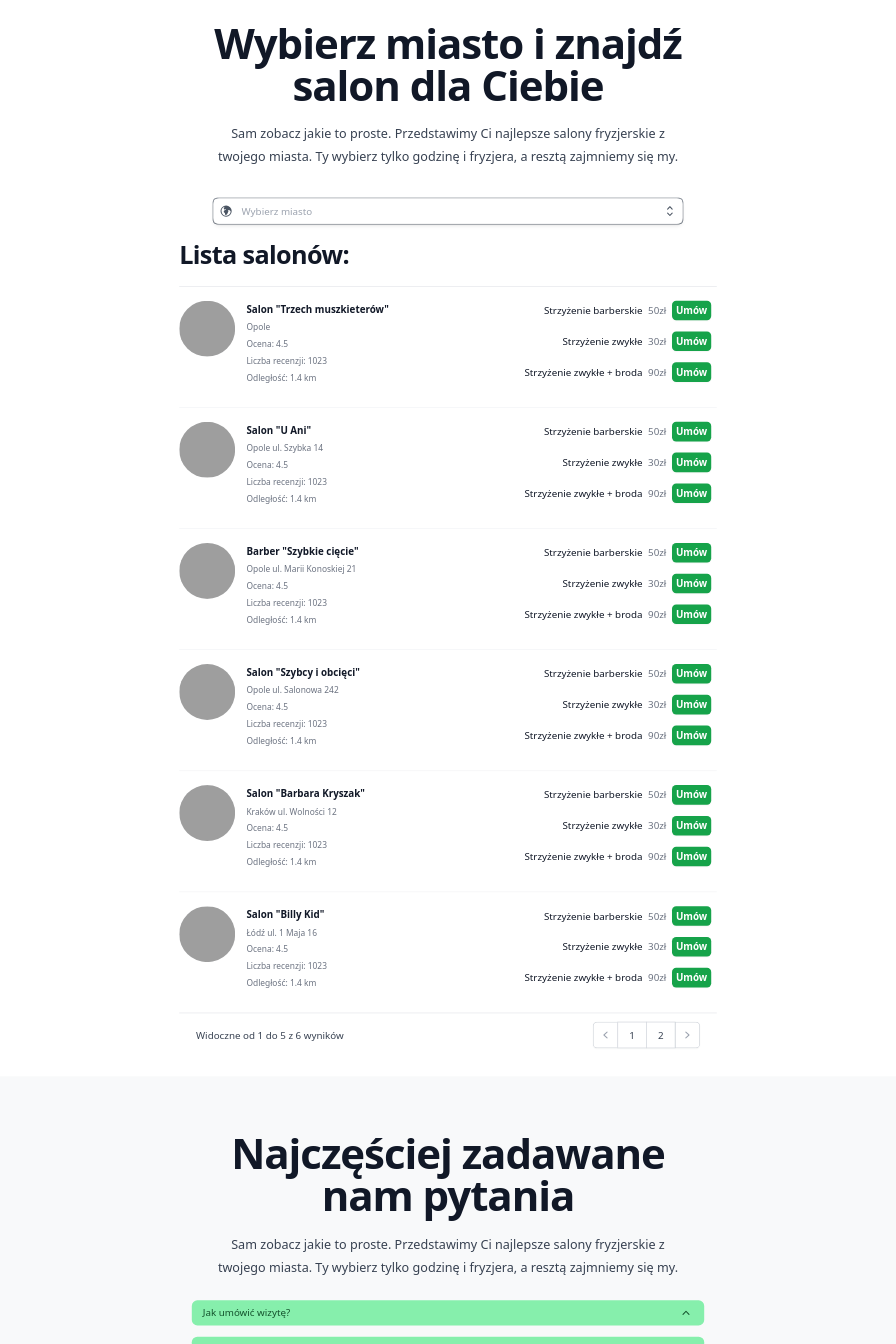
Repository: PrzemyslawJura/my-app
Page: / (app in frontend/)
These files come from the project's save history. The page is drawn as it stood at one moment and after the next save; the edit follows.
The browser window is 1280 px wide. The pictures show the part of the page from y = 911 to 2831 px (the page is 3798 px tall), at 70% of full size.
Pictures or frames that could not be fetched are drawn as grey boxes. The page's requests for data from a server got no answer. The project was rebuilt for these pictures with package versions that can differ from the ones it lists, and the page was loaded fresh each time. No one was signed in, and anything a server would have sent is missing. Also part of the build but not shown: frontend/src/home/Listbox.jsx, frontend/src/home/StepOne.jsx, frontend/src/home/StepTwo.jsx, frontend/src/components/Calendar.jsx, frontend/src/components/Tabs.jsx, frontend/src/biznes/CalendarOfWork.jsx, frontend/src/components/CarouselDefault.jsx, frontend/src/biznes/Salon.jsx and 8 more.

Above is the page before, as saved 2023-11-16 13:51:28.

### frontend/src/index.css
@tailwind base;
html {
  scroll-behavior: smooth;
}

@tailwind components;
@tailwind utilities;

### frontend/src/core/App.jsx
import BrowserRoutes from "./BrowserRoutes"
import FooterWithLogo from "./Footer"
import NavbarBiznes from "./NavbarBiznes";

export default function App() {
  return (
    <>
      <NavbarBiznes/>
      <BrowserRoutes/>
      <FooterWithLogo/>
    </>
  )
}

### frontend/src/core/BrowserRoutes.jsx
import Home from "../home/Home"
import CalendarOfWork from "../biznes/CalendarOfWork"
import SalonPage from "../biznes/SalonPage"
import Workers from "../biznes/Workers"
import Services from "../biznes/Services"
import { Route, Routes } from "react-router-dom"

export default function BrowserRoutes() {
  return (
      <Routes>
        <Route path="/" element={<Home/>}/>
        <Route path="/stronasalonu" element={<SalonPage/>}/>
        <Route path="/pracownicy" element={<Workers/>}/>
        <Route path="/kalendarz" element={<CalendarOfWork/>}/>
        <Route path="/oferta" element={<Services/>}/>
      </Routes>
  )
}

### frontend/src/core/Footer.jsx
import { Typography } from "@material-tailwind/react";

export default function FooterWithLogo() {
  return (
    <footer id="footer" className="w-full p-8 bg-slate-100">
      <div className="flex flex-row flex-wrap items-center justify-center gap-y-6 gap-x-12 text-center md:justify-between">
      <img
        className="h-8 w-auto"
        src="https://tailwindui.com/img/logos/mark.svg?color=green&shade=600"
        alt=""
      />
        <ul className="flex flex-wrap items-center gap-y-2 gap-x-8">
          <li>
            <Typography
              as="a"
              href="#"
              color="blue-gray"
              className="font-normal transition-colors hover:text-blue-500 focus:text-blue-500"
            >
              About Us
            </Typography>
          </li>
          <li>
            <Typography
              as="a"
              href="#"
              color="blue-gray"
              className="font-normal transition-colors hover:text-blue-500 focus:text-blue-500"
            >
              License
            </Typography>
          </li>
          <li>
            <Typography
              as="a"
              href="#"
              color="blue-gray"
              className="font-normal transition-colors hover:text-blue-500 focus:text-blue-500"
            >
              Contribute
            </Typography>
          </li>
          <li>
            <Typography
              as="a"
              href="#"
              color="blue-gray"
              className="font-normal transition-colors hover:text-blue-500 focus:text-blue-500"
            >
              Contact Us
            </Typography>
          </li>
        </ul>
      </div>
      <hr className="my-8 border-blue-gray-50" />
      <Typography color="blue-gray" className="text-center font-normal">
        &copy; 2023 Material Tailwind
      </Typography>
    </footer>
  );
}

### frontend/src/home/Home.jsx
import Location from '../components/Location'
import Feature from './Feature'
import ListOfSalons from './ListOfSalons'
import Faq from './Faq'
import Stats from './Stats'
import MainButton from '../shared_np_buttony_inputy_kalendarze_itp/MainButton'
import TitleAndParagraph from '../shared_np_buttony_inputy_kalendarze_itp/TitleAndParagraph'
import { useState } from 'react'

const mainTitle = 'Łączymy salony fryzjerskie z całej polski';
const mainParagraph = 'Sam zobacz jakie to proste. Przedstawimy Ci najlepsze salony fryzjerskie z twojego miasta. Ty wybierz tylko godzinę i fryzjera, a resztą zajmniemy się my.';
const searchTitle = 'Wybierz miasto i znajdź salon dla Ciebie';
const searchParagraph = 'Sam zobacz jakie to proste. Przedstawimy Ci najlepsze salony fryzjerskie z twojego miasta. Ty wybierz tylko godzinę i fryzjera, a resztą zajmniemy się my.';


export default function Home() {
  const [search, setSearch] = useState("");
  return (
    <>
      <div className='min-h-screen bg-bgGray'>
        <div className="relative isolate bg-main-image bg-cover">
          <div className="mx-auto max-w-2xl pt-20 lg:pt-32 pb-12 text-center">
            <TitleAndParagraph title = {mainTitle} paragraph={mainParagraph} h1Color="text-white" pColor="text-slate-50"/>
            <div className="mt-10 flex items-center justify-center gap-x-6">
              <Location setSearch={setSearch} search={search}></Location>
              <a href="#salons">
                <MainButton text="Szukaj"/>
              </a>
            </div>
          </div>
        </div>
        <Feature></Feature>
      </div>

      <div id="salons" className="mx-auto max-w-2xl pt-10 lg:pt-12 pb-4 text-center">
        <TitleAndParagraph title = {searchTitle} paragraph={searchParagraph} h1Color="text-gray-900" pColor="text-gray-700"/>
        <div className="mt-10 flex items-center justify-center gap-x-6">
          <Location setSearch={setSearch}  search={search}></Location>
          {/*<MainButton text="Szukaj"/>*/}
        </div>
      </div>

      <div className='w:4/5 lg:w-3/5 m-auto'>
        <ListOfSalons search={search}/>
      </div>

      <Faq></Faq>
      <Stats></Stats>
    </>
  )
}

### frontend/src/components/Location.jsx
import { Fragment, useEffect, useState } from 'react'
import { Combobox, Transition } from '@headlessui/react'
import { CheckIcon, ChevronUpDownIcon, GlobeEuropeAfricaIcon } from '@heroicons/react/20/solid'

export default function Location({setSearch, search}) {
  const [selected, setSelected] = useState("")
  const [query, setQuery] = useState('')
  const [locationData, setLocationData] = useState([]);

  useEffect(() => {
    fetch('https://localhost:7230/api/City')
      .then((res) => res.json())
      .then((result) => {
        setLocationData(result);
      });
  }, [])

  const filteredPeople =
    query === ''
      ? locationData
      : locationData.filter((location) =>
            location.cityName
            .toLowerCase()
            .replace(/\s+/g, '')
            .includes(query.toLowerCase().replace(/\s+/g, ''))
        )

  return (
      <Combobox value={search} onChange={setSearch}>
        <div className="relative mt-1 w-full  border-gray-600 border rounded-md">
          <div className="relative w-full cursor-default overflow-hidden rounded-lg bg-white text-left shadow-md focus:outline-none focus-visible:ring-2 focus-visible:ring-white focus-visible:ring-opacity-75 focus-visible:ring-offset-2 focus-visible:ring-offset-teal-300 sm:text-sm">
          <Combobox.Button className="absolute inset-y-0 left-2 flex items-center pr-2">
              <GlobeEuropeAfricaIcon
                className="h-5 w-5 text-gray-600"
                aria-hidden="true"
              />
            </Combobox.Button>
            <Combobox.Input
              className="w-full border-none py-2 pl-10 pr-10 text-sm leading-5 text-gray-900 focus:ring-0"
              placeholder="Wybierz miasto"
              displayValue={(location) => location.cityName}
              onChange={(event) => setQuery(event.target.value)}
            />
            <Combobox.Button className="absolute inset-y-0 right-0 flex items-center pr-2">
              <ChevronUpDownIcon
                className="h-5 w-5 text-gray-600"
                aria-hidden="true"
              />
            </Combobox.Button>
          </div>
          <Transition
            as={Fragment}
            leave="transition ease-in duration-100"
            leaveFrom="opacity-100"
            leaveTo="opacity-0"
            afterLeave={() => setQuery('')}
          >
            <Combobox.Options className="absolute mt-1 max-h-40 w-full overflow-auto rounded-md bg-white py-1 text-base shadow-lg ring-1 ring-black ring-opacity-5 focus:outline-none sm:text-sm">
              {filteredPeople.length === 0 && query !== '' ? (
                <div className="relative cursor-default select-none py-2 px-4 text-gray-700">
                  Nie znaleziono takiej lokalizacji
                </div>
              ) : (
                filteredPeople.map((location) => (
                  <Combobox.Option
                    key={location.id}
                    className={({ active }) =>
                      `relative cursor-default select-none py-2 pl-10 pr-4 ${
                        active ? 'bg-teal-600 text-white' : 'text-gray-900'
                      }`
                    }
                    value={location}
                  >
                    {({ selected, active }) => (
                      <>
                        <span
                          className={`block truncate ${
                            selected ? 'font-medium' : 'font-normal'
                          }`}
                        >
                          {location.cityName}
                        </span>
                        {selected ? (
                          <span
                            className={`absolute inset-y-0 left-0 flex items-center pl-3 ${
                              active ? 'text-white' : 'text-teal-600'
                            }`}
                          >
                            <CheckIcon className="h-5 w-5" aria-hidden="true" />
                          </span>
                        ) : null}
                      </>
                    )}
                  </Combobox.Option>
                ))
              )}
            </Combobox.Options>
          </Transition>
        </div>
      </Combobox>
  )
}

### frontend/src/home/Feature.jsx
import stepone from '../assets/stepone.jpg'
import steptwo from '../assets/steptwo.jpg'
import stepthree from '../assets/stepthree.jpg'

const features = [


  {
    name: 'Rejestracja',
    description:
      'Rejestracja będzie zajmowała chwilę i robisz to tylko raz',
    icon: stepone,
  },
  {
    name: 'Rezerwacja',
    description:
      'Wybierasz salon, datę i godzinę',
    icon: steptwo,
  },
  {
    name: 'Wizyta',
    description:
      'Przychodzisz na podaną godzinę',
    icon: stepthree,
  },
]

export default function Feature() {
  return (
    <div className="py-8 lg:py-16">
      <div className="mx-auto max-w-7xl px-6 lg:px-8">
        <div className="mx-auto max-w-xl lg:text-center">
          <h2 className="text-base font-semibold leading-7 text-green-600">Szybciej, łatwiej i bliżej</h2>
          <p className="mt-2 text-3xl font-bold tracking-tight text-gray-900 sm:text-4xl">
            Sprawdź sam, jakie to proste
          </p>
        </div>
        <div className="mx-auto mt-10 max-w-2xl lg:max-w-4xl">
          <dl className="grid max-w-2xl grid-cols-1 gap-x-8 gap-y-10 lg:max-w-none lg:grid-cols-3 lg:gap-y-16">
            {features.map((feature) => (
              <div key={feature.name} className="relative pl-16">
                <dt className="text-base font-semibold leading-7 text-gray-900">
                  <div className="absolute left-0 top-0 flex h-10 w-10 items-center justify-center  ">
                      <img className='rounded-lg h-10 w-10' src={feature.icon}></img>
                  </div>
                  {feature.name}
                </dt>
                <dd className="mt-2 text-base leading-7 text-gray-600">{feature.description}</dd>
              </div>
            ))}
          </dl>
        </div>
      </div>
    </div>
  )
}

### frontend/src/home/Faq.jsx
import { Disclosure } from '@headlessui/react'
import { ChevronUpIcon } from '@heroicons/react/20/solid'

const questions = [
    {
        question: "Jak umówić wizytę?",
        answer: "To takie proste",
    },
    {
        question: "Dlaczego wybranie nas to dobra decyzja?",
        answer: "To takie prost",
    },
    {
        question: "Jak można dodać tutaj swój salon?",
        answer: "To takie prost",
    },
    {
        question: "Czy można odwołać wizytę?",
        answer: "To takie prost",
    },
    {
        question: "Czy trzeba zakładać konto?",
        answer: "To takie prost",
    },
    {
        question: "Czy trzeba coś dodatkowo płacić za korzystanie z aplkacji?",
        answer: "To takie prost",
    },
]

export default function Faq() {
  return (
    <div className="w-full px-4 pt-6 pb-12 bg-bgGray">
      <div className="mx-auto w-3/5 rounded-2xl p-2">

      <div className="mx-auto max-w-2xl pt-10 lg:pt-12 pb-4">
          <div className="text-center">
            <h1 className="text-4xl font-bold tracking-tight text-gray-900 sm:text-6xl">
              Najczęściej zadawane nam pytania
            </h1>
            <p className="mt-6 text-lg leading-8 text-gray-700">
              Sam zobacz jakie to proste. Przedstawimy Ci najlepsze salony fryzjerskie z twojego miasta.
              Ty wybierz tylko godzinę i fryzjera, a resztą zajmniemy się my.
            </p>
            </div>
        </div>


        {questions.map((q) =>(
            <Disclosure>
            {({ open }) => (
                <>
                <Disclosure.Button className="my-4 flex w-full justify-between rounded-lg bg-green-300 px-4 py-2 text-left text-sm font-medium text-green-900 hover:bg-green-400 focus:outline-none focus-visible:ring focus-visible:ring-green-500 focus-visible:ring-opacity-75">
                    <span>{q.question}</span>
                    <ChevronUpIcon
                    className={`${
                        open ? 'rotate-180 transform' : ''
                    } h-5 w-5 text-grren-500`}
                    />
                </Disclosure.Button>
                <Disclosure.Panel className="px-4 pt-4 pb-2 text-sm text-gray-600">
                    {q.answer}
                </Disclosure.Panel>
                </>
            )}
            </Disclosure>
        ))}
      </div>
    </div>
  )
}

### frontend/src/home/Stats.jsx
const stats = [


    { id: 1, name: 'Liczba salonów w Polsce', value: '44 million' },
    { id: 2, name: 'Liczba umówionych wizyt', value: '119 trillion' },
    { id: 3, name: 'Nowych użytkowników', value: '46,000' },
  ]

  export default function Stats() {
    return (
      <div className="bg-white py-20">

        <div className="mx-auto max-w-2xl pb-4">
          <div className="text-center">
            <h1 className="text-4xl font-bold tracking-tight text-gray-900 sm:text-6xl">
              Możemy pochwalić się takimi statystykami
            </h1>
            <p className="mt-6 text-lg leading-8 text-gray-700">
              Sam zobacz jakie to proste. Przedstawimy Ci najlepsze salony fryzjerskie z twojego miasta.
              Ty wybierz tylko godzinę i fryzjera, a resztą zajmniemy się my.
            </p>
            </div>
        </div>

        <div className="mx-auto max-w-7xl px-6 lg:px-8">
          <dl className="grid grid-cols-1 gap-x-8 gap-y-16 text-center lg:grid-cols-3">
            {stats.map((stat) => (
              <div key={stat.id} className="mx-auto flex max-w-xs flex-col gap-y-4">
                <dt className="text-base leading-7 text-gray-600">{stat.name}</dt>
                <dd className="order-first text-3xl font-semibold tracking-tight text-gray-900 sm:text-5xl">
                  {stat.value}
                </dd>
              </div>
            ))}
          </dl>
        </div>
      </div>
    )
  }

### frontend/src/shared_np_buttony_inputy_kalendarze_itp/MainButton.jsx
export default function MainButton({text}) {
    return (
        <button
        type="submit"
        className="w-20 sm:w-32 flex-none rounded-md bg-green-600 px-3.5 py-2.5 text-sm font-semibold max-h-10 my-auto
                   text-white shadow-sm hover:bg-green-400 focus-visible:outline focus-visible:outline-2
                   focus-visible:outline-offset-2 focus-visible:outline-indigo-500"
        >
        {text}
        </button>
    )}

### frontend/src/shared_np_buttony_inputy_kalendarze_itp/TitleAndParagraph.jsx
export default function TitleAndParagraph({title, paragraph, h1Color, pColor}) {
    return (
        <>
            <h1 className={"text-4xl font-bold tracking-tight sm:text-6xl " + h1Color}>
                {title}
            </h1>
            <p className={"mt-6 text-lg leading-8 " + pColor}>
                {paragraph}
            </p>
        </>
    )}

### frontend/src/home/Pagination.jsx
import { ChevronLeftIcon, ChevronRightIcon } from '@heroicons/react/20/solid'
import PaginationTile from '../shared_np_buttony_inputy_kalendarze_itp/PaginationTile'
import { useState } from 'react'

export default function Pagination({result}) {
  const [ count, setCount ] =useState([])
  function paginationCount(result)
  {
    result=(result+5)/5
    for (let x = 1; x <= result; x++)
    {
      count.push(x)
      console.log(x)
    }
  }

  function paginationCountRemover(result)
  {
    result=(result+5)/5
    for (let x = 1; x <= result; x++)
    {
      count.pop(x)
    }
  }

  return (
    <div className="flex items-center justify-between border-t border-gray-200 bg-white px-4 pt-3 pb-10 sm:px-6">
      {paginationCount(result)}
      <div className="flex flex-1 justify-between sm:hidden">
        <PaginationTile title="Poprzednie" rounded="rounded-md"/>
        <PaginationTile title="Następny" rounded="rounded-md"/>
      </div>
      <div className="hidden sm:flex sm:flex-1 sm:items-center sm:justify-between">
        <div>
          <p className="text-sm text-gray-700">
            Widoczne od <span className="font-medium">1</span> do <span className="font-medium">5</span> z{' '}
            <span className="font-medium">{result}</span> wyników
          </p>
        </div>
        <nav className="isolate inline-flex -space-x-px rounded-md shadow-sm" aria-label="Pagination">
            <a
              href="#"
              className="relative inline-flex items-center rounded-l-md px-2 py-2 text-gray-400 ring-1 ring-inset ring-gray-300 hover:bg-gray-50 focus:z-20 focus:outline-offset-0"
            >
              <span className="sr-only">Poprzedni</span>
              <ChevronLeftIcon className="h-5 w-5" aria-hidden="true" />
            </a>
            {count.map((item) =>(
              <PaginationTile title={item} rounded=""/>
            ))}

            <a
              href="#"
              className="relative inline-flex items-center rounded-r-md px-2 py-2 text-gray-400 ring-1 ring-inset ring-gray-300 hover:bg-gray-50 focus:z-20 focus:outline-offset-0"
            >
              <span className="sr-only">Następna</span>
              <ChevronRightIcon className="h-5 w-5" aria-hidden="true" />
            </a>
          </nav>
      </div>
      {paginationCountRemover(result)}
    </div>
  )
}

### frontend/src/home/SalonOffer.jsx
import { useState } from "react";
import StepOne from "./StepOne";
import StepTwo from "./StepTwo";

export default function SalonOffer({person}) {
    const [Steps, setIsSteps] = useState(0);
return (
    <>
        <div className="flex min-w-0 gap-x-4">
        <img className="h-20 w-20 flex-none rounded-full bg-gray-50" src={person.imageUrl} alt="" />
        <div className="min-w-0">
        <p className="text-sm font-semibold leading-6 text-gray-900">{person.name}</p>
        <p className="mt-1 truncate text-xs leading-5 text-gray-500">{person.email}</p>
        <p className="mt-1 truncate text-xs leading-5 text-gray-500">Ocena: {person.star}</p>
        <p className="mt-1 truncate text-xs leading-5 text-gray-500">Liczba recenzji: {person.countOfReviews}</p>
        <p className="mt-1 truncate text-xs leading-5 text-gray-500">Odległość: {person.distance} km</p>
        </div>
        </div>
        <div className="hidden shrink-0 sm:flex sm:flex-col sm:items-end">
        {person.role.map((man)=> (
            <p className="text-sm leading-6 text-gray-900 mb-4">
                {man[1]}
                <span className="ml-2 mt-1 leading-5 text-gray-500">
                    {man[2]}
                </span>
                <button
                onClick={()=> setIsSteps(1)}
                    type="submit"
                    className="mx-2 w-14 flex-none rounded-md bg-green-600 px-1 py-1 text-sm font-semibold text-white shadow-sm hover:bg-green-400 focus-visible:outline focus-visible:outline-2 focus-visible:outline-offset-2 focus-visible:outline-indigo-500"
                >
                    Umów
                </button>
            </p>
        ))}
        </div>
        {Steps == 1 && <StepOne setIsSteps={setIsSteps} />}
        {Steps == 2 && <StepTwo setIsSteps={setIsSteps} />}
        {Steps == 3 && <StepOne setIsSteps={setIsSteps} />}
    </>
)}

### frontend/src/shared_np_buttony_inputy_kalendarze_itp/PaginationTile.jsx
export default function PaginationTile({title, rounded}) {
    return (
          <a
            href="#"
            className={"relative inline-flex items-center border border-gray-300 bg-white px-4 py-2 text-sm font-medium text-gray-700 hover:bg-gray-50" + {rounded}}
          >
            {title}
          </a>
    )}

Loaded but not shown: frontend/public/index.html (common file); frontend/src/reportWebVitals.js (common file); frontend/src/index.js (20 lines, source omitted); frontend/tailwind.config.js (19 lines, source omitted); frontend/src/core/NavbarBiznes.jsx (146 lines, source omitted); frontend/src/home/ListOfSalons.jsx (116 lines, source omitted)

After the next save:
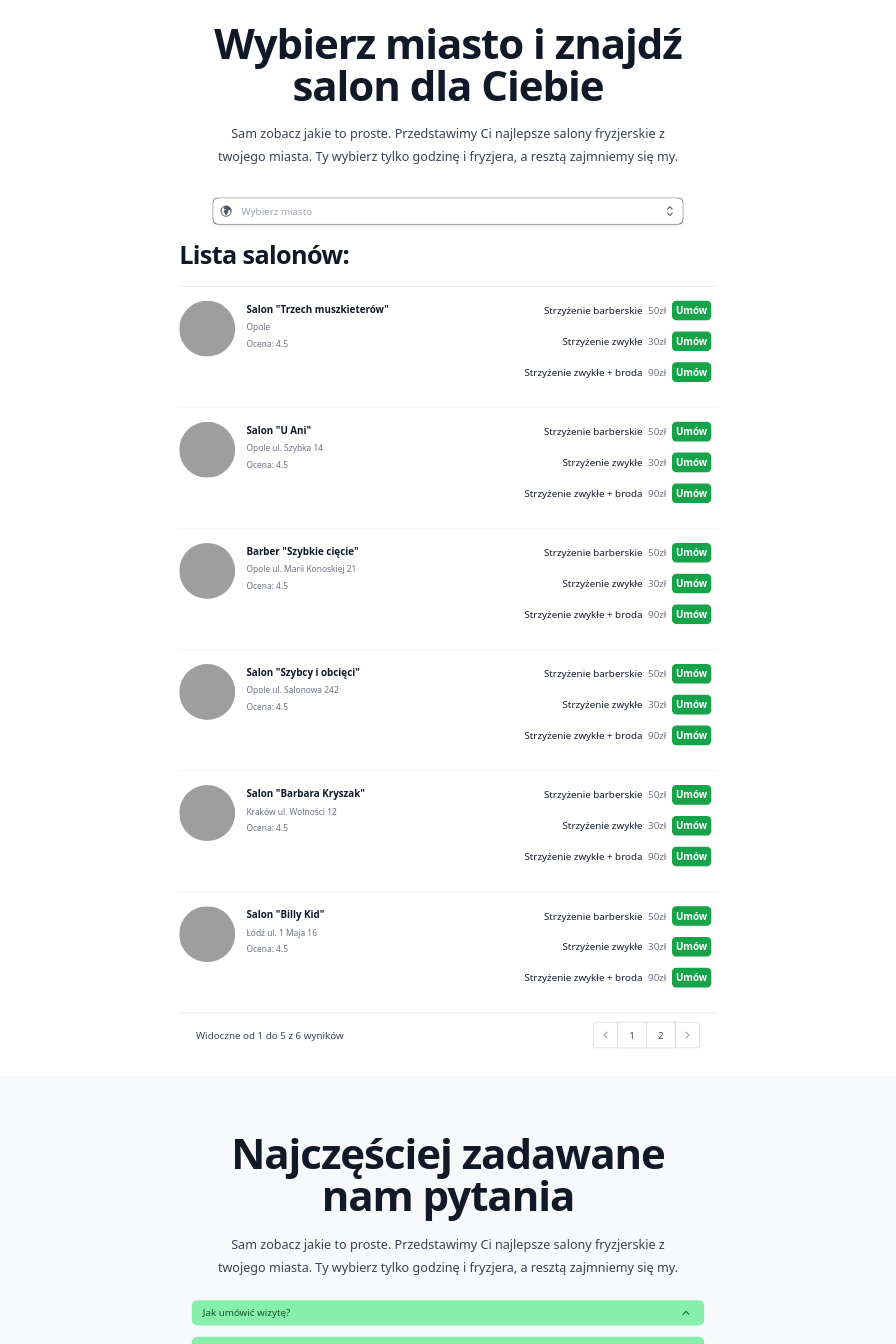
Saved 2 min 40 s later.
--- a/frontend/src/home/SalonOffer.jsx
+++ b/frontend/src/home/SalonOffer.jsx
@@ -12,8 +12,7 @@ return (
         <p className="text-sm font-semibold leading-6 text-gray-900">{person.name}</p>
         <p className="mt-1 truncate text-xs leading-5 text-gray-500">{person.email}</p>
         <p className="mt-1 truncate text-xs leading-5 text-gray-500">Ocena: {person.star}</p>
-        <p className="mt-1 truncate text-xs leading-5 text-gray-500">Liczba recenzji: {person.countOfReviews}</p>
-        <p className="mt-1 truncate text-xs leading-5 text-gray-500">Odległość: {person.distance} km</p>
+
         </div>
         </div>
         <div className="hidden shrink-0 sm:flex sm:flex-col sm:items-end">
